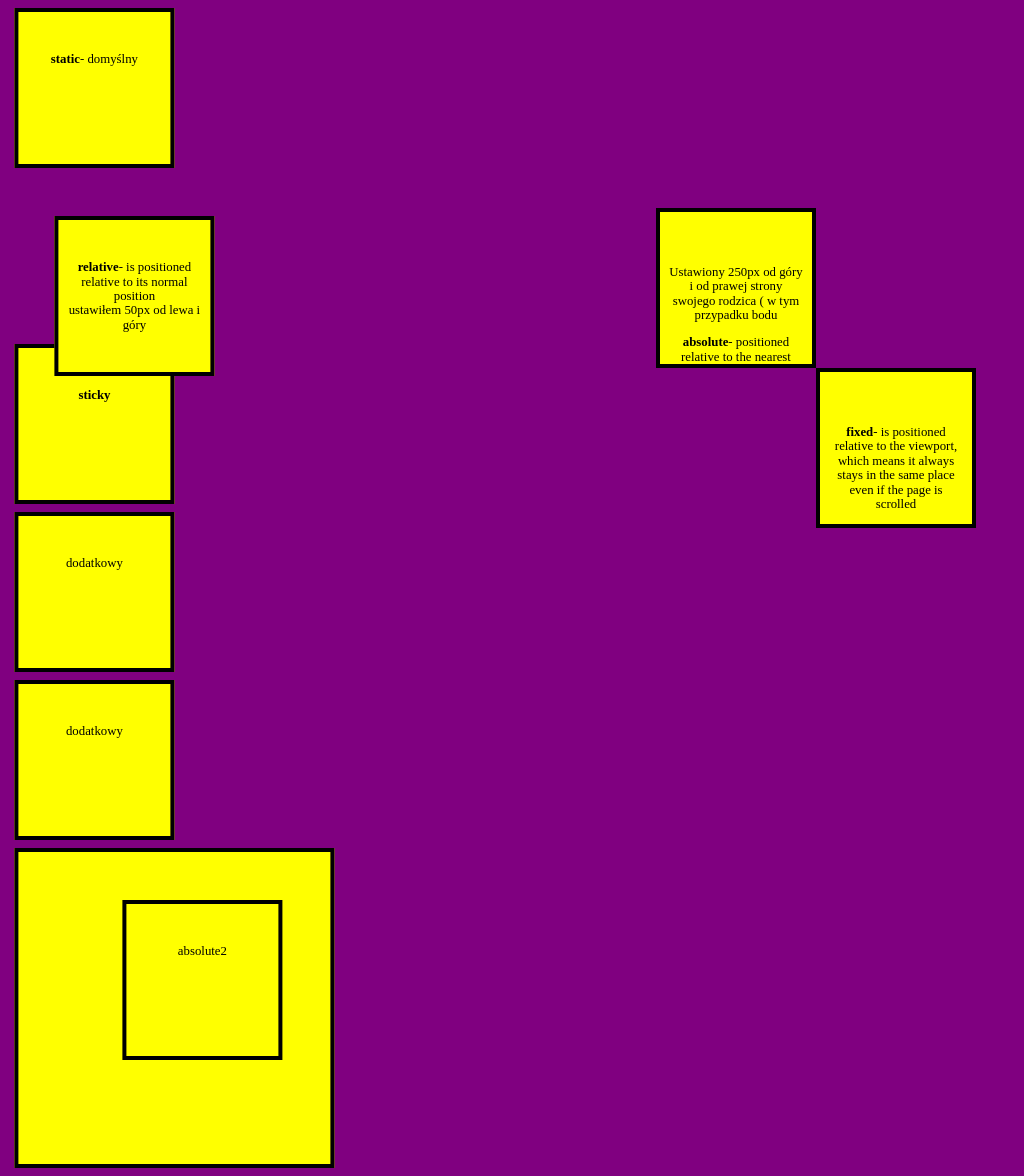
Repository: quenrythane/homepage
Page: CSS positions/CSS-positions.html
The author's editor kept a copy of each file at every save. The page is drawn from the files as they stood at one save, then again after the next save.
The browser window is 1280 px wide. The pictures show the whole page, at 80% of full size.

Above is the page before, as saved 2020-10-11 04:07:42.

After the next save:
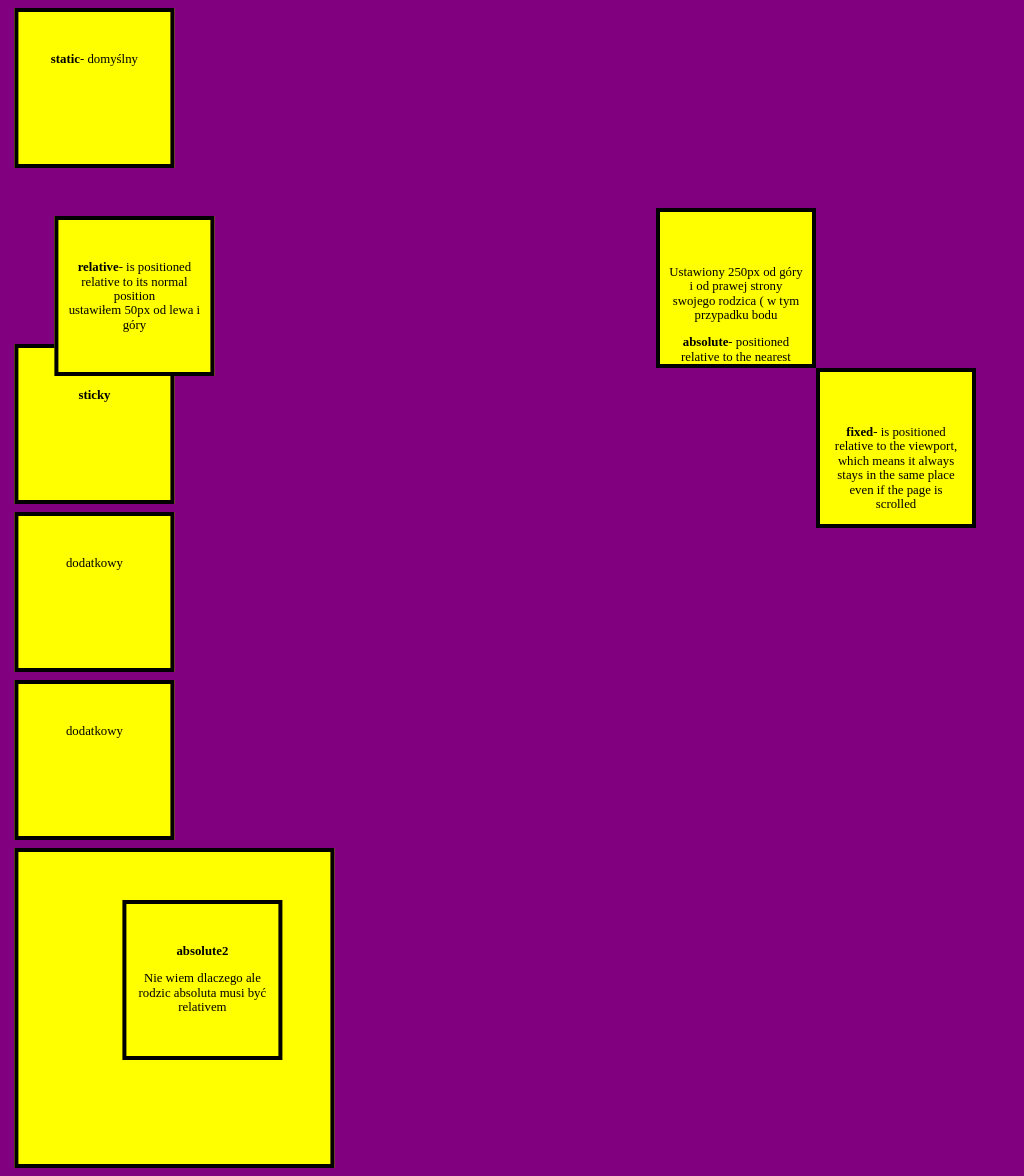
Saved 2 min 45 s later.
--- a/CSS positions/CSS-positions.html
+++ b/CSS positions/CSS-positions.html
@@ -21,13 +21,17 @@
         <p><b>absolute</b>- positioned relative to the nearest positioned ancestor (instead of positioned relative to the viewport, like fixed).</p>
 
        <p> However; if an absolute positioned element has no positioned ancestors, it uses the document body, and moves along with page scrolling.</p>
+       <p><b>Nie wiem czemu ale rodzic absoluta musi być relativem bo inaczej działa źle?</b></p>
         </div>
     <div class="box sticky"><b>sticky</b></div>
 
     <div class="box">dodatkowy</div>
     <div class="box">dodatkowy</div>
     <div class="box box2">
-        <div class="box absolute2">absolute2</div>
+        <div class="box absolute2">
+            <b>absolute2</b>
+            <p>Nie wiem dlaczego ale rodzic absoluta musi być relativem</p>
+        </div>
     </div>
 
 </body>
